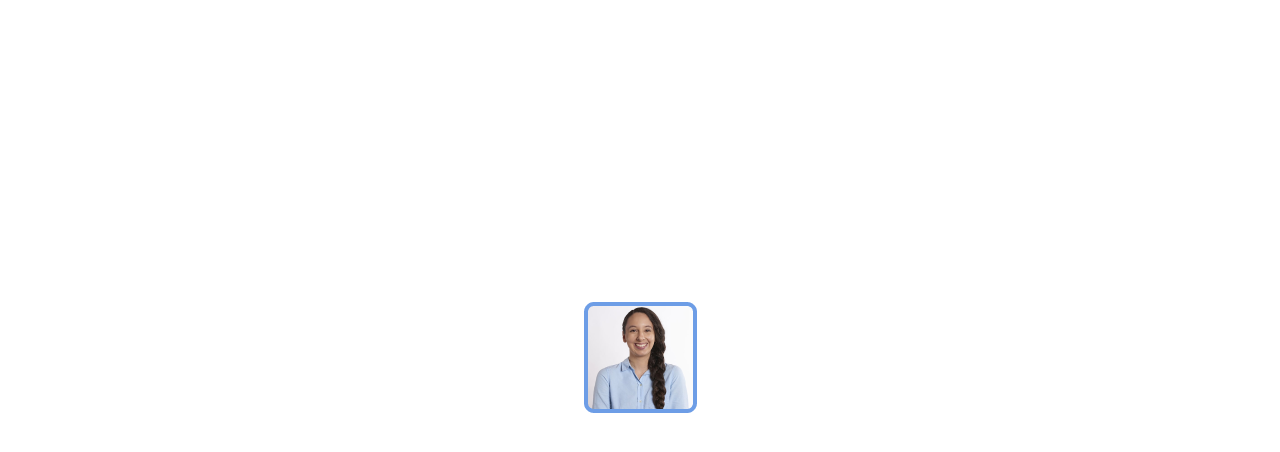
Repository: Auda-frontend/Kenshikeza
Page: /
An editor plug-in stored every save of this project. The page is shown before and after the next save, followed by the edit.
The browser window is 1280 px wide. The pictures show the whole page.
The project was rebuilt for these pictures with package versions that can differ from the ones it lists, and the page was loaded fresh each time. Also part of the build but not shown: vite.config.js.

Above is the page before, as saved 2024-01-24 22:34:50.

After the next save:
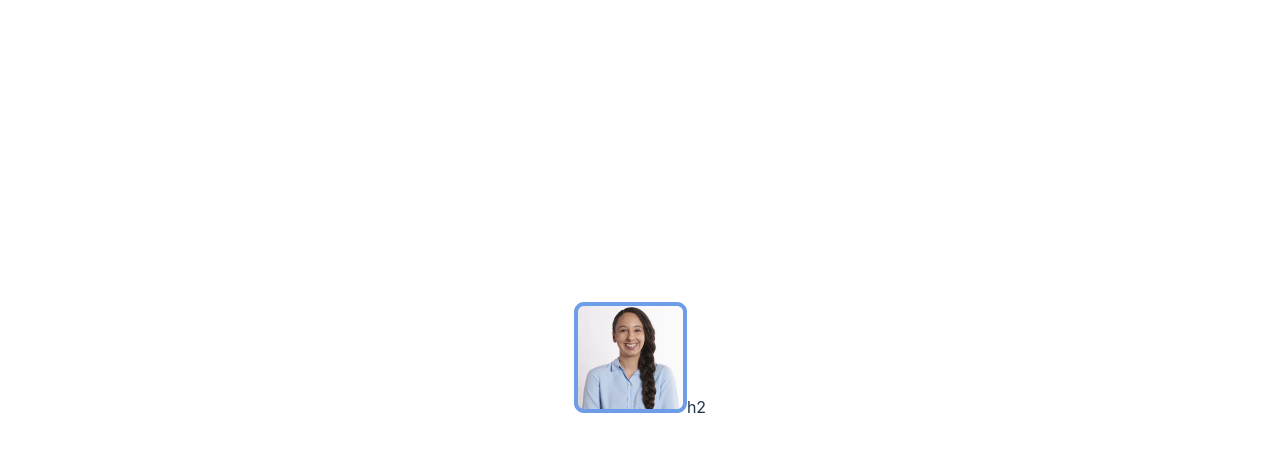
Saved 30 s later.
--- a/src/Components/SideBar.jsx
+++ b/src/Components/SideBar.jsx
@@ -6,7 +6,7 @@ function SideBar() {
     <div className="container">
     <div className="leftSide">
       <img src={Profile} alt="Profile photo" className="profilePhoto" />
-
+      h2
     </div>
     </div>
   );
